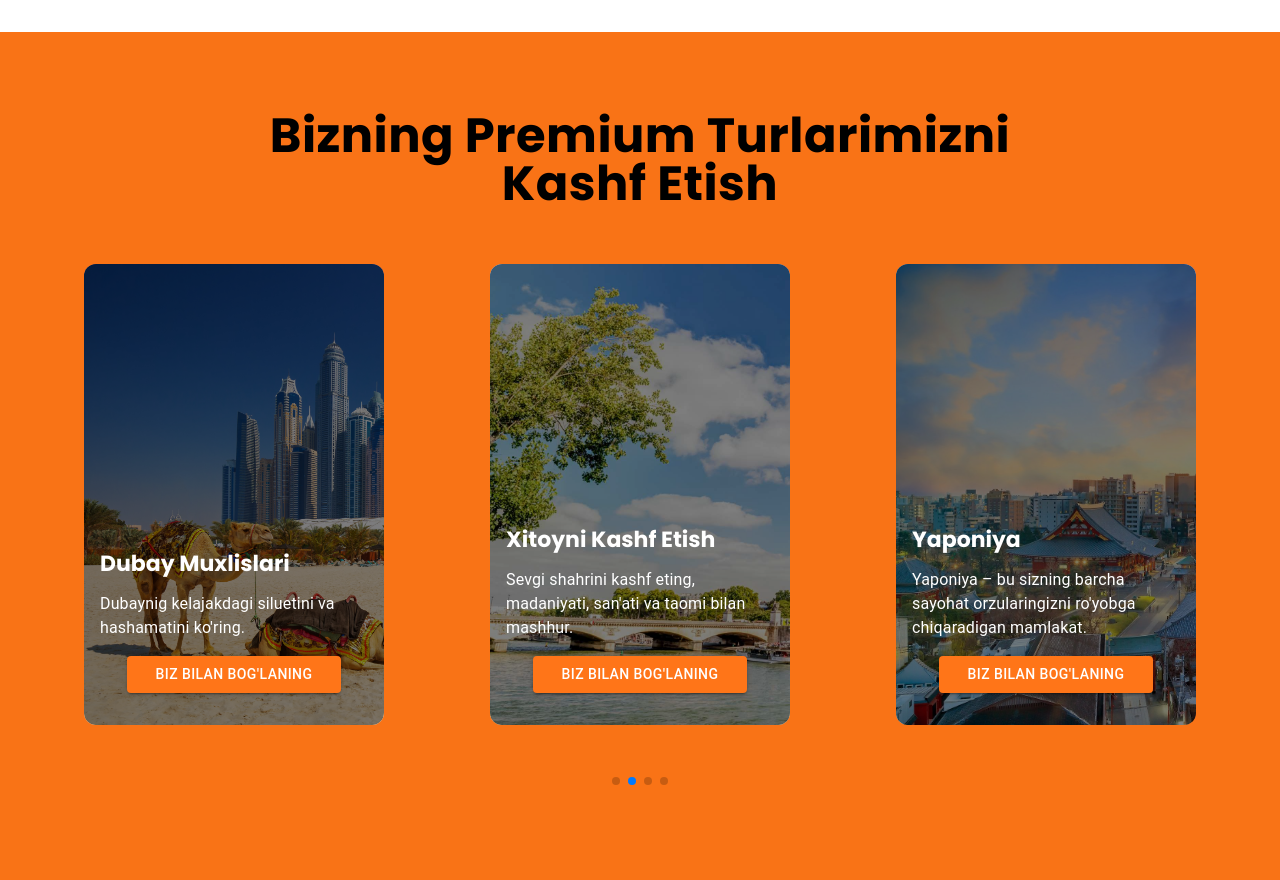
Repository: OgabekErkinov/i-am-tourist
Page: /
An editor plug-in stored every save of this project. The page is shown before and after the next save, followed by the edit.
The browser window is 1280 px wide. The pictures show the whole page.
The project was rebuilt for these pictures with package versions that can differ from the ones it lists, and the page was loaded fresh each time. Also part of the build but not shown: vite.config.js, src/components/navbar/LightDarkButton.jsx, src/I18/i18.js, src/components/navbar/languages/LanguageButton.jsx, src/components/navbar/NavbarItem.jsx, src/components/navbar/SocialNetworks.jsx, src/components/navbar/Logo.jsx, src/components/navbar/SectionsLinks.jsx and 7 more.

Above is the page before, as saved 2024-12-24 15:55:08.

### index.html
<!doctype html>
<html lang="en">
  <head>
    <meta charset="UTF-8" />
    <link rel="icon" type="image/svg+xml" href="https://www.ifly.com.uz/assets/logo-BPA5zOgc.png" />
    <meta name="viewport" content="width=device-width, initial-scale=1.0" />
    <link rel="preconnect" href="https://fonts.googleapis.com">
    <link rel="preconnect" href="https://fonts.gstatic.com" crossorigin>
    <link href="https://fonts.googleapis.com/css2?family=Poppins:ital,wght@0,100;0,200;0,300;0,400;0,500;0,600;0,700;0,800;0,900;1,100;1,200;1,300;1,400;1,500;1,600;1,700;1,800;1,900&display=swap" rel="stylesheet">
    <title>iFLY.com</title>
  </head>
  <body>
    <div id="root"></div>
    <script type="module" src="/src/main.jsx"></script>
  </body>
</html>

### src/index.css
/* Universal Reset */
* {
  margin: 0;
  padding: 0;
  box-sizing: border-box;
}


/* Root Container */
#root {
  max-width: 1900px;
  margin: 0 auto;
  display: flex;
  flex-direction: column;
  align-items: center;
  justify-content: center;
  font-family: 'Poppins';
  box-sizing: border-box;
}

### src/App.jsx
import { Stack } from "@mui/material"
import Header from "./components/header/Header"
import Main from "./components/main/Main"

function App() {


  return (
    <Stack width='100%'
           height='auto'
           alignItems='center'
           gap='1rem'>
        <Header/>
        <Main/>
    </Stack>



  )
}

export default App

### src/components/header/Header.jsx
import { Box, Stack } from '@mui/material';
import Navbar from '../navbar/Navbar';
import Slider from './Slider';
import React from 'react';
import Cards from '../cards/Cards';

const Header = () => {
  return (
    <Stack height="auto"
           width='100%'
           gap="2rem"
           marginBottom='1rem'
           boxSizing="border-box">
             <Stack width="100%"
                    height="auto"
                    alignItems='center'>
                         {/* <Box width="100%"
                              height="10vh"
                              bgcolor="transparent">
                        </Box> */}
                        {/* <Navbar /> */}
                        {/* <Slider /> */}
               </Stack>
               {/* <Cards /> */}
    </Stack>
  );
}

export default Header;

### src/components/main/Main.jsx
import { Stack } from '@mui/material'
import React from 'react'
import PremiumTours from '../premium/PremiumTours'
import TourPlaces from '../tourPlaces/TourPlaces'
import About from '../about/About'

const Main = () => {
  return (
    <Stack width={'100%'}
           height={'auto'}
           alignItems={'center'}
           gap='1rem'>
        <PremiumTours/>
        {/* <TourPlaces/> */}
        {/* <About/> */}

    </Stack>
  )
}

export default Main

### src/components/premium/PremiumTours.jsx
import React from 'react';
import { Stack, Typography, Box } from '@mui/material';
import 'swiper/css';
import 'swiper/css/effect-fade';
import 'swiper/css/pagination';
import 'swiper/css/autoplay';
import { Swiper, SwiperSlide } from 'swiper/react';
import { Navigation, Pagination, Scrollbar, Autoplay } from 'swiper/modules';
import { premiumToursServices } from '../../Database/db';
import PremiumItem from './PremiumItem';

const PremiumTours = () => {

  return (
    <Stack height={'auto'}
           width={'100%'}
           padding={'5rem 2rem'}
           bgcolor={'#F97316'}
           boxSizing={'border-box'} >
          <Stack height={'100%'}
                 width={'100%'}
                 justifyContent={'space-between'}
                 alignItems={'center'}
                 gap={'2rem'}>
              {/* Title */}
                <Typography fontFamily={'Poppins'}
                            width={'70%'}
                            fontSize={'48px'}
                            lineHeight={'48px'}
                            fontWeight={'bold'}
                            textAlign={'center'}
                            height={'auto'}
                            sx={{
                              '@media (max-width: 900px)': {
                               fontSize: '36px',
                               lineHeight: '40px',
                                },
                              '@media (max-width: 600px)': {
                                fontSize: '24px',
                                lineHeight: '28px',
                                },
                               }}>
                               Bizning Premium Turlarimizni Kashf Etish
                 </Typography>
            {/* Slider */}
                 <Box display={'flex'}
                      alignItems={'center'}
                      justifyContent={'center'}
                      height={'35rem'}
                      width={'100%'}>
                      <Swiper
                          modules={[Navigation, Pagination, Scrollbar, Autoplay]}
                          autoplay={{ delay: 2500, disableOnInteraction: false }}
                          navigation
                          pagination={{ clickable: false }}
                          scrollbar={{ draggable: true }}
                          loop={true}
                          style={{
                               width: '100%',
                               height: '100%',
                               padding : '1.5rem',
                               display : 'flex',
                               justifyContent : 'center',
                               alignItems : 'center' }}
                          breakpoints={{
                               524: {
                                  slidesPerView: 1,
                                  spaceBetween: 10 },
                               765: {
                                  slidesPerView: 2,
                                  spaceBetween: 20 },
                              1200: {
                                  slidesPerView: 3,
                                  spaceBetween: 50 } }}>
                          {
                           premiumToursServices?.map((tour, idx) => {
                                  return (
                                         <SwiperSlide key={idx}>
                                                 <PremiumItem tour={tour} />
                                           </SwiperSlide>
                                          );  })
                           }
                       </Swiper>
                  </Box>
            </Stack>
    </Stack>
  );
};

export default PremiumTours;

### src/Database/db.js
export const social_medias = [
    {
        id : 1,
        name : 'facebook',
        link : 'https://www.facebook.com',
        pathD : 'M279.14 288l14.22-92.66h-88.91v-60.13c0-25.35 12.42-50.06 52.24-50.06h40.42V6.26S260.43 0 225.36 0c-73.22 0-121.08 44.38-121.08 124.72v70.62H22.89V288h81.39v224h100.17V288z'
    },
    {
        id : 2,
        name : 'twitter',
        url : 'https://www.twitter.com',
        pathD : 'M419.37 151.716c.325 4.548.325 9.097.325 13.645 0 138.72-105.583 298.558-298.558 298.558-59.452 0-114.68-17.219-161.137-47.106 8.447.974 16.568 1.299 25.34 1.299 49.055 0 94.213-16.568 130.274-44.832-46.132-.975-84.792-31.188-98.112-72.772 6.498.974 12.995 1.624 19.818 1.624 9.421 0 18.843-1.3 27.614-3.573-48.081-9.747-84.143-51.98-84.143-102.985v-1.299c13.969 7.797 30.214 12.67 47.431 13.319-28.264-18.843-46.781-51.005-46.781-87.391 0-19.492 5.197-37.36 14.294-52.954 51.655 63.675 129.3 105.258 216.365 109.807-1.624-7.797-2.599-15.918-2.599-24.04 0-57.828 46.782-104.934 104.934-104.934 30.213 0 57.502 12.67 76.67 33.137 23.715-4.548 46.456-13.32 66.599-25.34-7.798 24.366-24.366 44.833-46.132 57.827 21.117-2.273 41.584-8.122 60.426-16.243-14.292 20.791-32.161 39.308-52.628 54.253z'
    },
    {
        id : 3,
        name : 'instagram',
        url : 'https://www.instagram.com/ifly.com.uz',
        pathD : 'M224.1 141c-63.6 0-114.9 51.3-114.9 114.9s51.3 114.9 114.9 114.9S339 319.5 339 255.9 287.7 141 224.1 141zm0 189.6c-41.1 0-74.7-33.5-74.7-74.7s33.5-74.7 74.7-74.7 74.7 33.5 74.7 74.7-33.6 74.7-74.7 74.7zm146.4-194.3c0 14.9-12 26.8-26.8 26.8-14.9 0-26.8-12-26.8-26.8s12-26.8 26.8-26.8 26.8 12 26.8 26.8zm76.1 27.2c-1.7-35.9-9.9-67.7-36.2-93.9-26.2-26.2-58-34.4-93.9-36.2-37-2.1-147.9-2.1-184.9 0-35.8 1.7-67.6 9.9-93.9 36.1s-34.4 58-36.2 93.9c-2.1 37-2.1 147.9 0 184.9 1.7 35.9 9.9 67.7 36.2 93.9s58 34.4 93.9 36.2c37 2.1 147.9 2.1 184.9 0 35.9-1.7 67.7-9.9 93.9-36.2 26.2-26.2 34.4-58 36.2-93.9 2.1-37 2.1-147.8 0-184.8zM398.8 388c-7.8 19.6-22.9 34.7-42.6 42.6-29.5 11.7-99.5 9-132.1 9s-102.7 2.6-132.1-9c-19.6-7.8-34.7-22.9-42.6-42.6-11.7-29.5-9-99.5-9-132.1s-2.6-102.7 9-132.1c7.8-19.6 22.9-34.7 42.6-42.6 29.5-11.7 99.5-9 132.1-9s102.7-2.6 132.1 9c19.6 7.8 34.7 22.9 42.6 42.6 11.7 29.5 9 99.5 9 132.1s2.7 102.7-9 132.1z'
    },
    {
        id : 4,
        name : 'linkedIn',
        url : 'https://www.linkedin.com',
        pathD : 'M100.28 448H7.4V148.9h92.88zM53.79 108.1C24.09 108.1 0 83.5 0 53.8a53.79 53.79 0 0 1 107.58 0c0 29.7-24.1 54.3-53.79 54.3zM447.9 448h-92.68V302.4c0-34.7-.7-79.2-48.29-79.2-48.29 0-55.69 37.7-55.69 76.7V448h-92.78V148.9h89.08v40.8h1.3c12.4-23.5 42.69-48.3 87.88-48.3 94 0 111.28 61.9 111.28 142.3V448z'
    },
    {
        id : 5,
        name : 'youtube',
        url : 'https://www.youtube.com',
        pathD : 'M549.655 124.083c-6.281-23.65-24.787-42.276-48.284-48.597C458.781 64 288 64 288 64S117.22 64 74.629 75.486c-23.497 6.322-42.003 24.947-48.284 48.597-11.412 42.867-11.412 132.305-11.412 132.305s0 89.438 11.412 132.305c6.281 23.65 24.787 41.5 48.284 47.821C117.22 448 288 448 288 448s170.78 0 213.371-11.486c23.497-6.321 42.003-24.171 48.284-47.821 11.412-42.867 11.412-132.305 11.412-132.305s0-89.438-11.412-132.305zm-317.51 213.508V175.185l142.739 81.205-142.739 81.201z'
    }
]

export const navLinks = [
    {
        id : 6,
        name : 'Excursions',
        link : '#excursions'
    },
    {
        id : 7,
        name : 'City',
        link : '#city'
    },
    {
        id : 8,
        name : 'About',
        link : '#about'
    },
    {
        id : 9,
        name : 'Contact',
        link : '#contact'
    }
]

export const SliderItems = [
    {
        url : '/malakali.jpg',
        heading : 'Malakali shahar',
        paragraph : "Dunyoning ko'ngilochar poytaxtiga sho'ng'ing."
    },
    {
        url : '/turkiya.jpg',
        heading : 'Sehrli Turkiya',
        paragraph : "Turkiyaning boy tarixi va ajoyib manzaralarini o'rganing."
    },
    {
        url : '/orol.jpg',
        heading : 'Orol chekinishi',
        paragraph : 'Ajoyib orol landshaftlari orasida tinchlikni his eting.'
    },
    {
        url : '/yaponiya.jpg',
        heading : 'Yaponiya',
        paragraph : "Zamonaviy hayot va qadimiy an'analar mamlakati"
    },
    {
        url : '/dubai.jpg',
        heading : "Dubayni kashf eting",
        paragraph : "Birlashgan Arab Amirliklarida hashamat, innovatsiyalar va sarguzashtlarni kashf eting."

    },
    {
        url : '/xitoyni.jpg',
        heading : 'Xitoyni kashf qiling',
        paragraph : "Xitoy: qadimgi tarix, Buyuk devor, innovatsiyalar, jonli madaniyat."
    },
    {
        url : '/tailand.jpg',
        heading : 'Tropik Tailand',
        paragraph : "Chiroyli plyajlarda dam oling va mazali taomlarni tatib ko'ring."
    }
]

export const addBanners = [
    {
        heading : 'Ajoyib plyaj',
        paragraph : 'Zamonaviy plyajlarni kashf eting va quyosh ostida dam oling.'
    },
    {
        heading : "Tog' sarguzashtlari",
        paragraph : "Qiziqarli tog' sayohatiga chiqing va tabiatni o'rganing."
    },
    {
        heading : 'Shahar sayohatlari',
        paragraph : "Qiziqarli tog' sayohatiga chiqing va tabiatni o'rganing."
    }
]

export const languages = [
    {
        lang : "o'zbek",
        flag : '/uzbekistan.png',
        translator : 'uz'
    },
    {
        lang : 'english',
        flag : '/united-states.png',
        translator : 'en'
    },
    {
        lang : 'русский',
        flag : '/russia.png',
        translator : 'ru'
    }
]

export const premiumToursServices = [
    {
        title : 'Tokio Sarguzashtlari',
        paragraph : "Yaponiya yuragida an'ana va texnologiyaning uyg'unligini his eting.",
        image : '/tokioprem.jpg'
    },
    {
        title : 'Dubay Muxlislari',
        paragraph : "Dubaynig kelajakdagi siluetini va hashamatini ko'ring.",
        image : '/dubaipremium.jpg'
    },
    {
        title : 'Xitoyni Kashf Etish',
        paragraph : "Sevgi shahrini kashf eting, madaniyati, san'ati va taomi bilan mashhur.",
        image : '/xitoyprem.jpg'
    },
    {
        title : 'Yaponiya',
        paragraph : "Yaponiya – bu sizning barcha sayohat orzularingizni ro'yobga chiqaradigan mamlakat.",
        image : '/xitoypremium.jpg'
    }
]

export const tourPlaces = [
    {
        image : '/yaponiya.jpg',
        title : 'Tokio, Yaponiya',
        paragraph : "Tokio Yaponiya poytaxti bo'lib, an'anaviy binolarni zamonaviy osmono'parlar bilan birlashtirish."
    },
    {
        image : '/orol.jpg',
        title : 'Orol joyi',
        paragraph : "Shahar shovqinidan uzoqda, tabiatning ajoyib go'zalligida dam oling."
    },
    {
        image : '/dubai.jpg',
        title : 'Dubay, BAA',
        paragraph : "Dubayning hargi skylinesi va hashamatini guvohi boling."
    },
    {
        image : '/vetnam.jpg',
        title : 'Vetnam sarguzashti',
        paragraph : "Vetnamning go'zalligiga kirib boring, rang- barang guruch teraslari va noyob madaniyat bilan tanishing!"
    },
    {
        image : '/maldiv.jpg',
        title : 'Maldivlar',
        paragraph : "Oq qumli plyajlar va toza suvlar bilan tropik jannatda dam oling. Hashamatli kurortlar va ajoyib suv osti dunyosidan zavq oling!"
    },
    {
        image : '/tailand.jpg',
        title : 'Tropik Tailand',
        paragraph : "Tailand chiroyli orollari, ko'chada oziq-ovqat va boy madaniyat merosi bilan mashhur."
    },
    {
        image : '/turkiya.jpg',
        title : "Mo'jizaviy Turkiya",
        paragraph : "Turkiyaning boy tarixini va go'zal manzaralarini kashf eting."
    }
]

export const services = [
    {
        pathD : 'M480 192H365.71L260.61 8.06A16.014 16.014 0 0 0 246.71 0h-65.5c-10.63 0-18.3 10.17-15.38 20.39L214.86 192H112l-43.2-57.6c-3.02-4.03-7.77-6.4-12.8-6.4H16.01C5.6 128-2.04 137.78.49 147.88L32 256 .49 364.12C-2.04 374.22 5.6 384 16.01 384H56c5.04 0 9.78-2.37 12.8-6.4L112 320h102.86l-49.03 171.6c-2.92 10.22 4.75 20.4 15.38 20.4h65.5c5.74 0 11.04-3.08 13.89-8.06L365.71 320H480c35.35 0 96-28.65 96-64s-60.65-64-96-64z',
        title : 'Xalqaro Sayohat',
        paragraph : "Dunyodagi eng go'zal joylarga sayohatlarni tashkil etamiz.",
        color : 'blue'
    },
    {
        icon : 'M560 64c8.84 0 16-7.16 16-16V16c0-8.84-7.16-16-16-16H16C7.16 0 0 7.16 0 16v32c0 8.84 7.16 16 16 16h15.98v384H16c-8.84 0-16 7.16-16 16v32c0 8.84 7.16 16 16 16h240v-80c0-8.8 7.2-16 16-16h32c8.8 0 16 7.2 16 16v80h240c8.84 0 16-7.16 16-16v-32c0-8.84-7.16-16-16-16h-16V64h16zm-304 44.8c0-6.4 6.4-12.8 12.8-12.8h38.4c6.4 0 12.8 6.4 12.8 12.8v38.4c0 6.4-6.4 12.8-12.8 12.8h-38.4c-6.4 0-12.8-6.4-12.8-12.8v-38.4zm0 96c0-6.4 6.4-12.8 12.8-12.8h38.4c6.4 0 12.8 6.4 12.8 12.8v38.4c0 6.4-6.4 12.8-12.8 12.8h-38.4c-6.4 0-12.8-6.4-12.8-12.8v-38.4zm-128-96c0-6.4 6.4-12.8 12.8-12.8h38.4c6.4 0 12.8 6.4 12.8 12.8v38.4c0 6.4-6.4 12.8-12.8 12.8h-38.4c-6.4 0-12.8-6.4-12.8-12.8v-38.4zM179.2 256h-38.4c-6.4 0-12.8-6.4-12.8-12.8v-38.4c0-6.4 6.4-12.8 12.8-12.8h38.4c6.4 0 12.8 6.4 12.8 12.8v38.4c0 6.4-6.4 12.8-12.8 12.8zM192 384c0-53.02 42.98-96 96-96s96 42.98 96 96H192zm256-140.8c0 6.4-6.4 12.8-12.8 12.8h-38.4c-6.4 0-12.8-6.4-12.8-12.8v-38.4c0-6.4 6.4-12.8 12.8-12.8h38.4c6.4 0 12.8 6.4 12.8 12.8v38.4zm0-96c0 6.4-6.4 12.8-12.8 12.8h-38.4c-6.4 0-12.8-6.4-12.8-12.8v-38.4c0-6.4 6.4-12.8 12.8-12.8h38.4c6.4 0 12.8 6.4 12.8 12.8v38.4z',
        title : 'Qulay Mehmonxonalar',
        paragraph : " Eng yaxshi va eng qulay mehmonxonalar bilan qoling.",
        color : 'green'
    },
    {
        icon : 'M416 320h-96c-17.6 0-32-14.4-32-32s14.4-32 32-32h96s96-107 96-160-43-96-96-96-96 43-96 96c0 25.5 22.2 63.4 45.3 96H320c-52.9 0-96 43.1-96 96s43.1 96 96 96h96c17.6 0 32 14.4 32 32s-14.4 32-32 32H185.5c-16 24.8-33.8 47.7-47.3 64H416c52.9 0 96-43.1 96-96s-43.1-96-96-96zm0-256c17.7 0 32 14.3 32 32s-14.3 32-32 32-32-14.3-32-32 14.3-32 32-32zM96 256c-53 0-96 43-96 96s96 160 96 160 96-107 96-160-43-96-96-96zm0 128c-17.7 0-32-14.3-32-32s14.3-32 32-32 32 14.3 32 32-14.3 32-32 32z',
        title : "Maxsus yo'nalishlar",
        paragraph : "Har bir mijoz uchun individual yo'nalishlarni yaratamiz.",
        color : 'orange'
    },
    {
        icon : 'M192 256c61.9 0 112-50.1 112-112S253.9 32 192 32 80 82.1 80 144s50.1 112 112 112zm76.8 32h-8.3c-20.8 10-43.9 16-68.5 16s-47.6-6-68.5-16h-8.3C51.6 288 0 339.6 0 403.2V432c0 26.5 21.5 48 48 48h288c26.5 0 48-21.5 48-48v-28.8c0-63.6-51.6-115.2-115.2-115.2zM480 256c53 0 96-43 96-96s-43-96-96-96-96 43-96 96 43 96 96 96zm48 32h-3.8c-13.9 4.8-28.6 8-44.2 8s-30.3-3.2-44.2-8H432c-20.4 0-39.2 5.9-55.7 15.4 24.4 26.3 39.7 61.2 39.7 99.8v38.4c0 2.2-.5 4.3-.6 6.4H592c26.5 0 48-21.5 48-48 0-61.9-50.1-112-112-112z',
        title : "Malakali yo'riqchilar",
        paragraph : " Har bir mijoz uchun individual yo'nalishlarni yaratamiz.",
        color : 'violet'
    }

]

### src/components/premium/PremiumItem.jsx
import { Box, Button, Stack, Typography } from '@mui/material';
import React from 'react';

const PremiumItem = ({ tour }) => {
  return (
    <Box height="90%"
         width="500px"
         display="flex"
         justifyContent="center"
         alignItems="center"
         borderRadius="12px"
         overflow="hidden"
         position="relative"
         sx={{
             transition : '0.3s',
             backgroundImage: `url(${tour?.image})`,
             backgroundSize: 'cover',
             '@media(min-width : 300px)' : {
                         width : '300px',
                         marginX : 'auto'  },
             '@media(min-width : 524px)' : {
                         width : '300px' },
              '&:hover' : {
                transform : 'scale(1.1)',
                transition : '0.3s',
              } }} >
         <Stack height="100%"
                width="100%"
                padding="2rem 0"
                boxSizing="border-box"
                borderRadius="12px"
        alignItems="center"
        bgcolor="rgba(0, 0, 0, 0.5)"
        position="absolute"
        zIndex={1}
        sx={{
          '@media(min-width : 300px)' : {
            justifyContent : 'center',
            alignItems : 'center',
            paddingX : '1rem',
            gap : '1rem'
          },
          '@media(min-width : 524px)' : {
            justifyContent : 'flex-end',
            alignItems : 'start'
          }
        }}
        >
        <Typography
          variant="h3"
          sx={{
            fontWeight: 'bold',
            fontFamily: 'Poppins',
            color: 'white',
            textAlign: 'start',
            paddingRight: '10px',
            margin: 0,
            width: 'auto',

            '@media (min-width: 300px)': {
              fontSize: '18px',
            },

            '@media (min-width : 524px)' : {
              fontSize : '22px'
            }
          }}
        >
          {tour.title}
        </Typography>
        <Typography
          width="auto"
          sx={{
            color: 'white',
            textAlign: 'start',

            '@media (min-width: 300px)': {
              fontSize: '12px',
              height : 'auto',
              textAlign : 'center'
            },
            '@media (min-width : 524px)' : {
              fontSize : '16px',
              textAlign : 'start'
            }
          }}>
          {tour.paragraph}
        </Typography>
        <Button
          variant="contained"
          sx={{
            color: 'white',
            backgroundColor: '#FF7518',
            width : '80%',
            margin : '0 auto'
          }}>
          Biz bilan bog'laning
        </Button>
      </Stack>
    </Box>
  );
};

export default PremiumItem;

Loaded but not shown: src/main.jsx (common file)

After the next save:
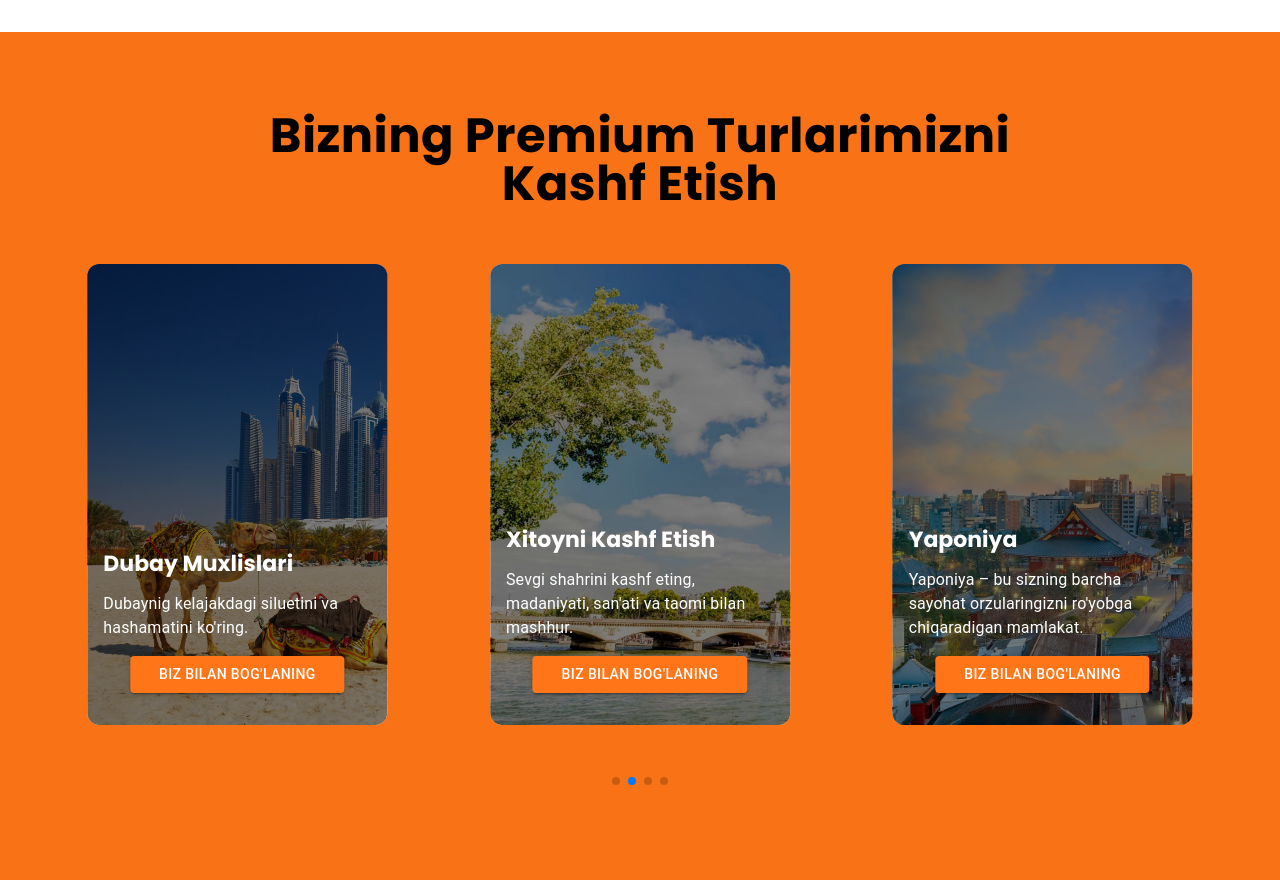
Saved 17 s later.
--- a/src/components/premium/PremiumTours.jsx
+++ b/src/components/premium/PremiumTours.jsx
@@ -71,7 +71,7 @@ const PremiumTours = () => {
                                   spaceBetween: 20 },
                               1200: {
                                   slidesPerView: 3,
-                                  spaceBetween: 50 } }}>
+                                  spaceBetween: 40 } }}>
                           {
                            premiumToursServices?.map((tour, idx) => {
                                   return (
